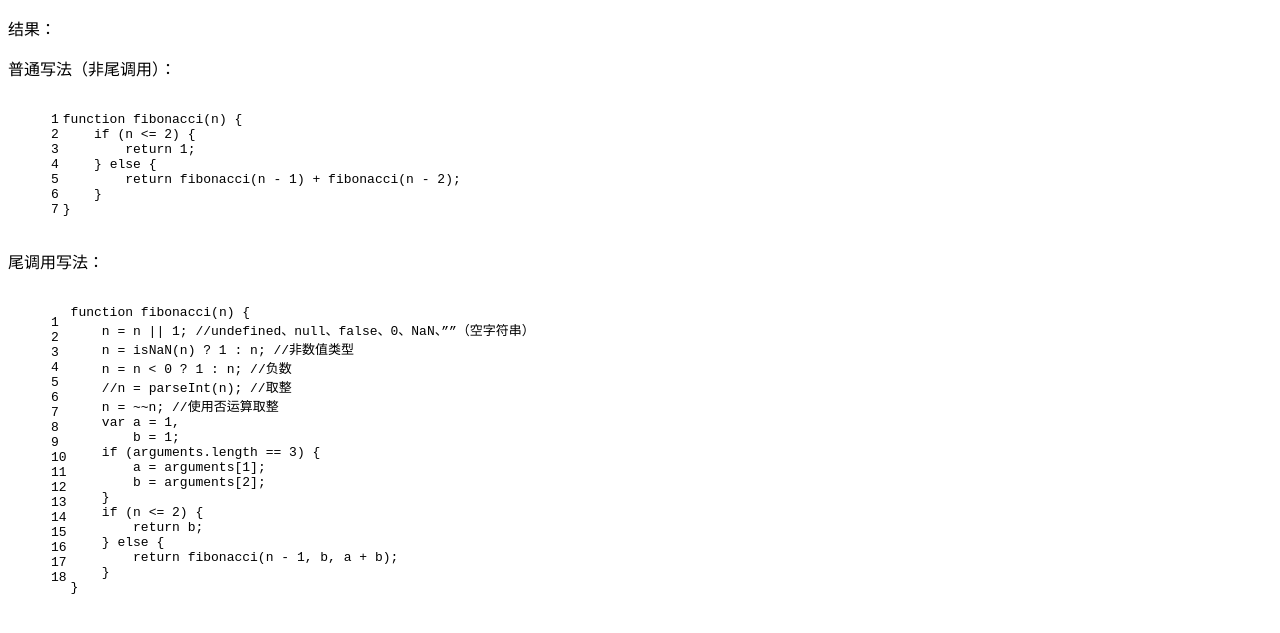
Repository: zaozaool/zaozaool.github.io.hexo
Page: source/test-fibonacci.html
The author's editor kept a record of every edit. The page is drawn from the files as they stood at one moment, then again after the next edit.
The browser window is 1280 px wide. The pictures show the whole page.

Above is the page before.

After the next edit:
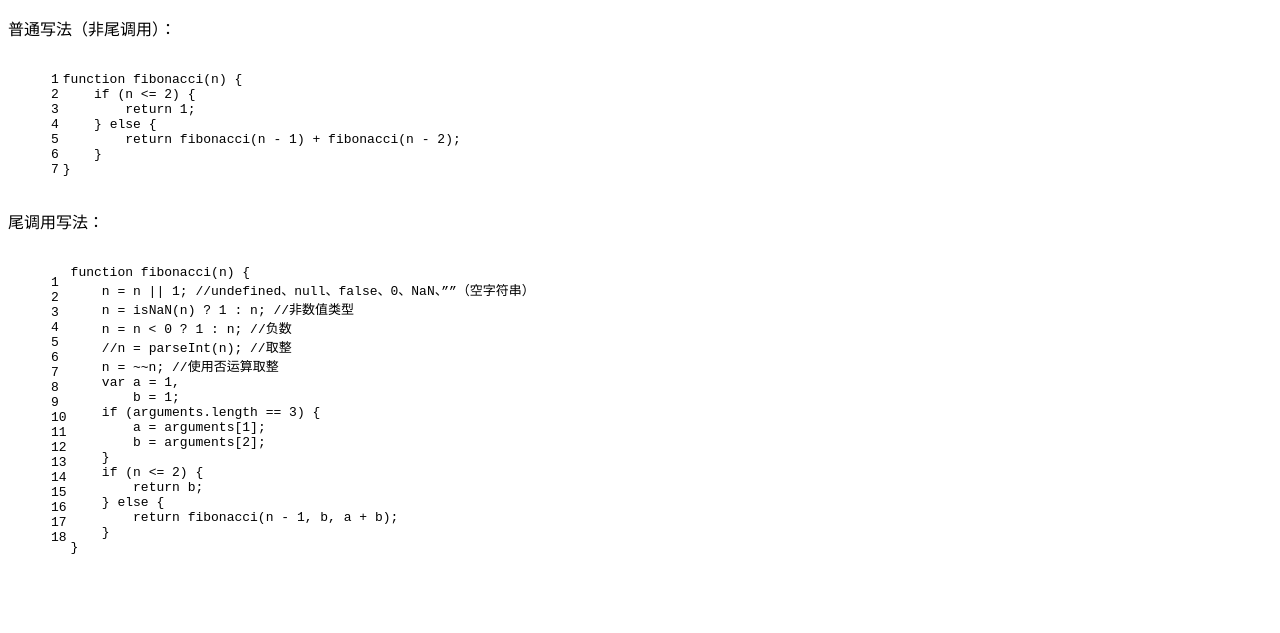
The edit:
--- a/source/test-fibonacci.html
+++ b/source/test-fibonacci.html
@@ -8,9 +8,6 @@
 
 <body>
     <div class="entry">
-        <p>结果：<span id="resultSpan"></span>
-            <br>
-        </p>
         <p></p>
         <p>普通写法（非尾调用）：
             <br>
